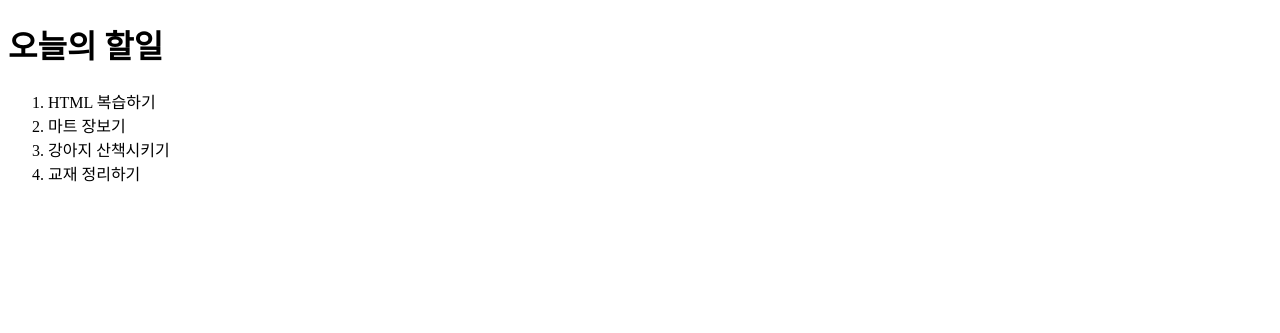
Repository: ssj5037/Class-Study
Page: [5] HTML, CSS, JavaScript/ClientTest/WebContent/Ex10_list.html
These files come from the project's save history. The page is drawn as it stood at one moment and after the next save; the edit follows.
The browser window is 1280 px wide. The pictures show the whole page.

Above is the page before, as saved 2020-06-19 01:19:44.

### [5] HTML, CSS, JavaScript/ClientTest/WebContent/Ex10_list.html
<!DOCTYPE html>
<html>
<head>
<meta charset="UTF-8">
<title>Insert title here</title>
</head>
<body>
	<!--

		Ex10_list.html

		List, 목록

	 -->

	 <h1>오늘의 할일</h1>

	 <ol>
	 	<li>HTML 복습하기</li>
	 	<li>마트 장보기</li>
	 	<li>강아지 산책시키기</li>
	 	<li>교재 정리하기</li>
	 </ol>

</body>
</html>

After the next save:
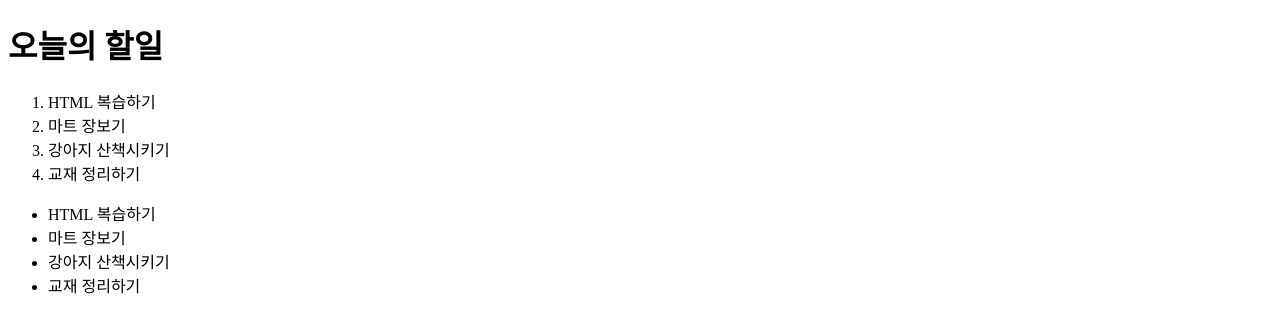
Saved 2 min 35 s later.
--- a/[5] HTML, CSS, JavaScript/ClientTest/WebContent/Ex10_list.html
+++ b/[5] HTML, CSS, JavaScript/ClientTest/WebContent/Ex10_list.html
@@ -11,6 +11,18 @@
 
 		List, 목록
 
+		1. <ol>
+			- 순서가 있는 목록
+			- Ordered List
+
+		2. <ul>
+			- 순서가 없는 목록
+			- Unordered List
+
+		3. <li>
+			- 목록의 항목
+			- List Item
+
 	 -->
 
 	 <h1>오늘의 할일</h1>
@@ -22,5 +34,12 @@
 	 	<li>교재 정리하기</li>
 	 </ol>
 
+	 <ul>
+	 	<li>HTML 복습하기</li>
+	 	<li>마트 장보기</li>
+	 	<li>강아지 산책시키기</li>
+	 	<li>교재 정리하기</li>
+	 </ul>
+
 </body>
 </html>
